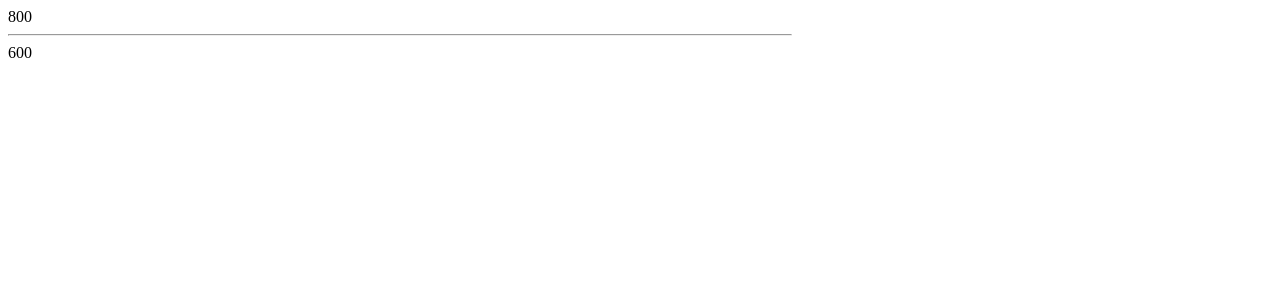
Repository: GrigoriyMo/stepthegame
Page: http://localhost/test.php
The author's editor kept a record of every edit. The page is drawn from the files as they stood at one moment, then again after the next edit.
The browser window is 1280 px wide. The pictures show the whole page.
The page is run by PHP 8.4 with error messages shown; the project is at /var/www/html/.

Above is the page before.
Console error: TypeError: Cannot read properties of null (reading 'style')

### test.php
<style>
html{
    width:360;
    height:640;
}
</style>
<script>
var a = document.getElementsByTagName('html')[0].style.width = screen.width;
var b = document.getElementsByTagName('html')[0].style.height = screen.height;
</script>
<meta charset="UTF-8">
<?php
/*
$arr = ["Windows Phone","Android","IOS","Windows Mobile"];
$a = $_SERVER['HTTP_USER_AGENT'];
            if(preg_match("~".implode("|",$arr)."~",$a)){
                    echo 'C телефона';
                }else {
                    echo 'С компа';
                }
                */
$screenWidth='<script type="text/javascript">document.write(a);</script>';
echo$screenWidth."<hr>";
$screenHeight='<script type="text/javascript">document.write(b);</script>';
echo$screenHeight;
?>





<html>
<div class = 'mobcontrols' style = 'display:none;'>
<div class = 'left'>

</div>
<div class = 'right'>

</div>

</div>
<br>
<br><br><br>
<script>
var a = document.getElementsByTagName('html')[0].style.width = screen.width;
var b = document.getElementsByTagName('html')[0].style.height = screen.height;
function rightTouchStart(){
    rightPressed = true;
    floImgStand.src = rightMoveArtImg1;
}

function rightTouchEnd(){
    rightPressed = false;
    floImgStand.src = sitMoveArtImg;
}

function leftTouchStart(){
    leftPressed = true;
    floImgStand.src = leftMoveArtImg1;
}

function leftTouchEnd(){
    leftPressed = false;
    floImgStand.src = sitMoveArtImg;

}
    document.getElementById('panel').style.display='none';
    document.getElementsByClassName('right')[0].addEventListener('touchstart',rightTouchStart);
    document.getElementsByClassName('right')[0].addEventListener('touchend',rightTouchEnd);
    document.getElementsByClassName('left')[0].addEventListener('touchstart',leftTouchStart);
    document.getElementsByClassName('left')[0].addEventListener('touchend',leftTouchEnd);

alert(document.getElementsByTagName('html')[0].style.width);
alert(document.getElementsByTagName('html')[0].style.height);
alert(document.getElementById('myCanvas').width);
alert(document.getElementById('myCanvas').height);
</script>
</html>

After the next edit:
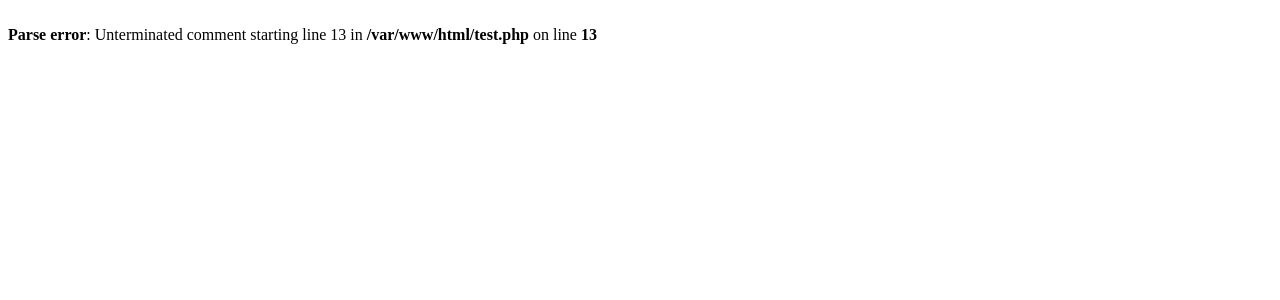
The error is gone.
The edit:
--- a/test.php
+++ b/test.php
@@ -18,7 +18,7 @@
                 }else {
                     echo 'С компа';
                 }
-                */
+
 $screenWidth='<script type="text/javascript">document.write(a);</script>';
 echo$screenWidth."<hr>";
 $screenHeight='<script type="text/javascript">document.write(b);</script>';
